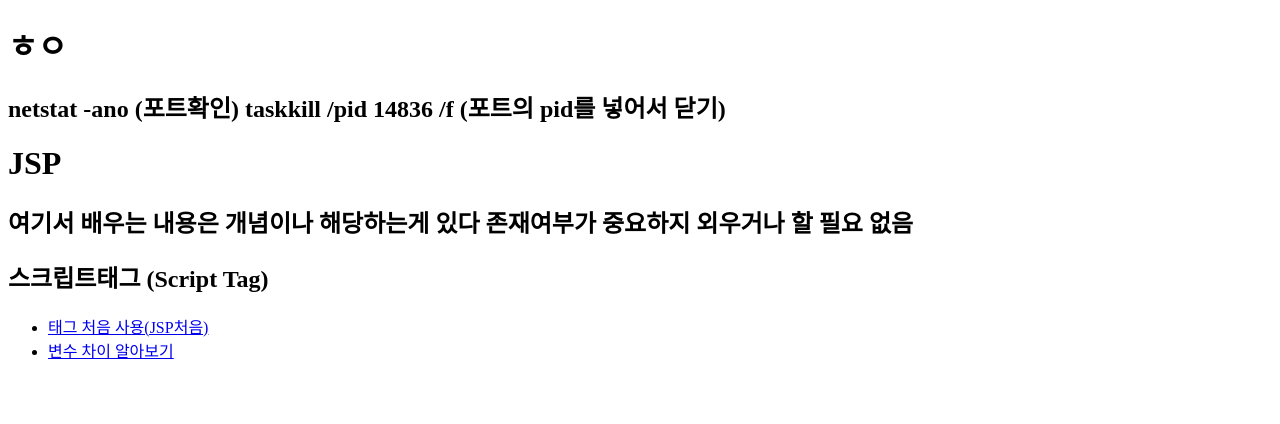
Repository: Kimgigon123123/JspServlet
Page: http://localhost/03.Tag/
An editor plug-in stored every save of this project. The page is shown before and after the next save, followed by the edit.
The browser window is 1280 px wide. The pictures show the whole page.
The page is served by Tomcat 9.

Above is the page before, as saved 2023-05-19 01:44:44.

After the next save:
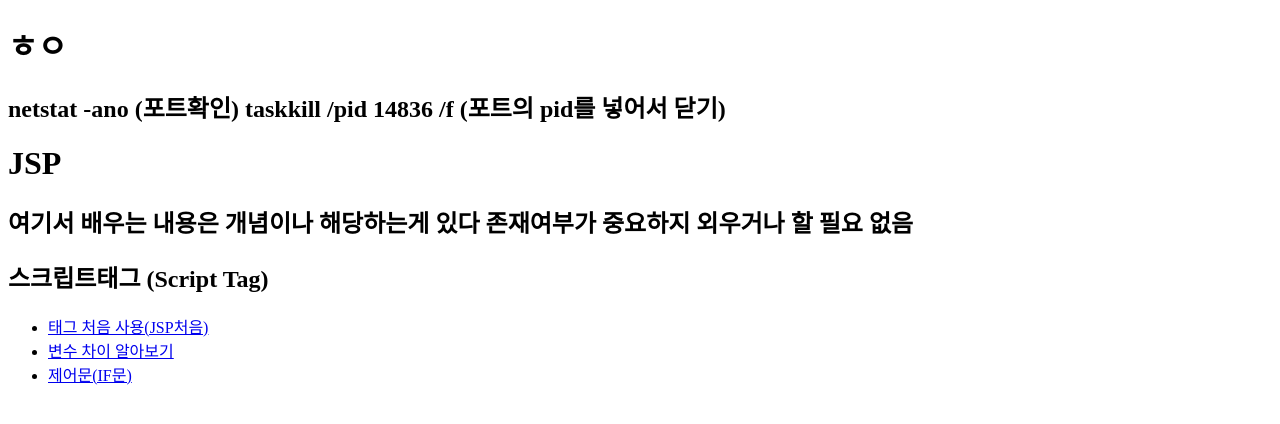
Saved 2 min 18 s later.
--- a/WorkSpace/03.Tag/src/main/webapp/index.html
+++ b/WorkSpace/03.Tag/src/main/webapp/index.html
@@ -16,6 +16,7 @@
 	 <ul>
 	 	<li><a href="01.Script/Ex00into.jsp">태그 처음 사용(JSP처음)</a></li>
 	 	<li><a href="01.Script/Ex01Var.jsp">변수 차이 알아보기</a></li>
+	 	<li><a href="01.Script/Ex02If.jsp">제어문(IF문)</a></li>
 	 </ul>
 
 </body>
